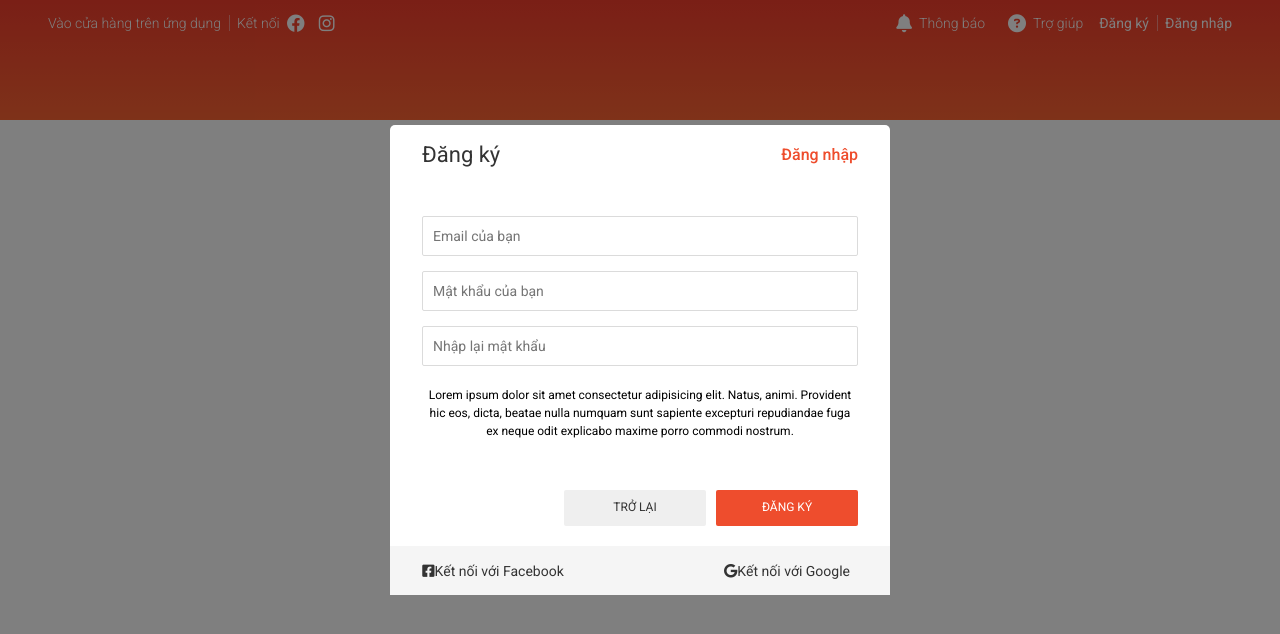
Repository: dptuyen1/F8-Tutorial
Page: index.html
These files come from the project's save history. The page is drawn as it stood at one moment and after the next save; the edit follows.
The browser window is 1280 px wide. The pictures show the whole page.

Above is the page before, as saved 2023-05-08 18:08:38.

After the next save:
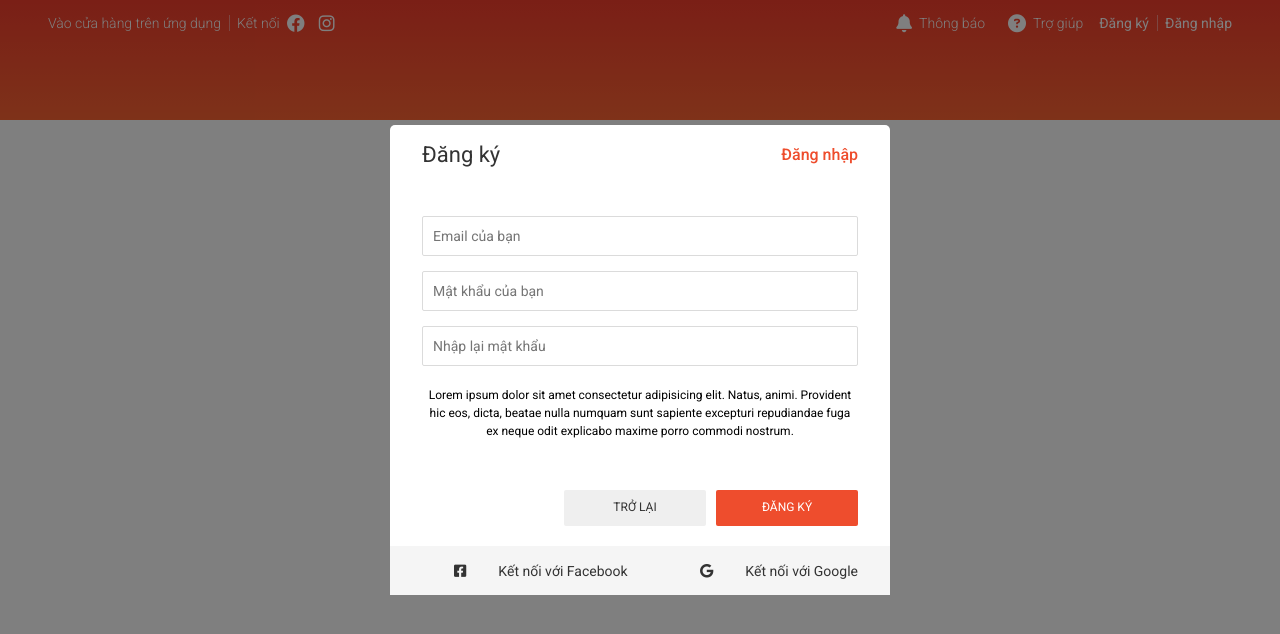
Saved 68 s later.
--- a/index.html
+++ b/index.html
@@ -218,11 +218,11 @@
 
           <div class="auth-form_socials">
             <a href="" class="btn btn--size-s btn--with-icon">
-              <i class="fa-brands fa-square-facebook"></i>
+              <i class="auth-form_socials fa-brands fa-square-facebook"></i>
               Kết nối với Facebook
             </a>
             <a href="" class="btn btn--size-s btn--with-icon">
-              <i class="fa-brands fa-google"></i>
+              <i class="auth-form_socials fa-brands fa-google"></i>
               Kết nối với Google
             </a>
           </div>

After the save that followed:
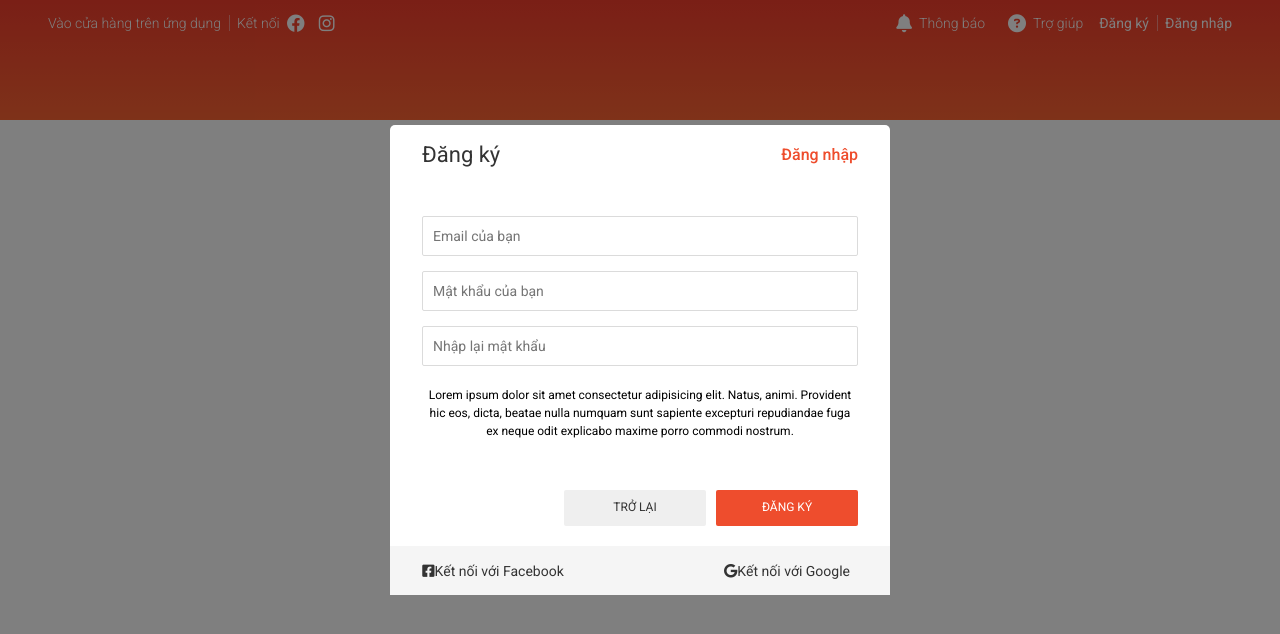
Saved 28 s later.
--- a/index.html
+++ b/index.html
@@ -218,11 +218,13 @@
 
           <div class="auth-form_socials">
             <a href="" class="btn btn--size-s btn--with-icon">
-              <i class="auth-form_socials fa-brands fa-square-facebook"></i>
+              <i
+                class="auth-form_socials-icon fa-brands fa-square-facebook"
+              ></i>
               Kết nối với Facebook
             </a>
             <a href="" class="btn btn--size-s btn--with-icon">
-              <i class="auth-form_socials fa-brands fa-google"></i>
+              <i class="auth-form_socials-icon fa-brands fa-google"></i>
               Kết nối với Google
             </a>
           </div>
